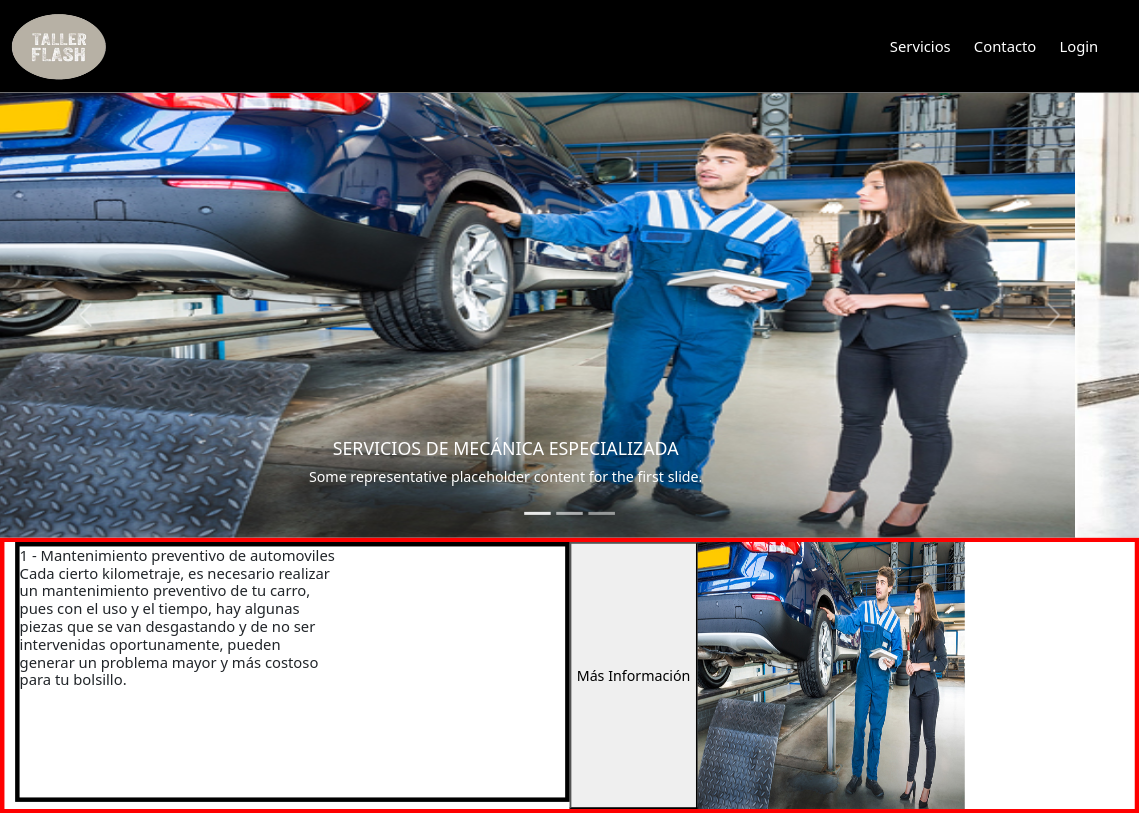
Repository: nder1996/Boostrap.Taller.Arquitectura
Page: Index.html
The author's editor kept a copy of each file at every save. The page is drawn from the files as they stood at one save, then again after a run of saves.
The browser window is 1280 px wide. The pictures show the whole page, at 89% of full size.

Above is the page before, as saved 2021-07-23 06:11:28.

### Index.html
<!DOCTYPE html>
<html lang="en">

<head>
	<meta charset="UTF-8">
	<meta name="viewport" content="width=device-width, initial-scale=1.0">
	<link rel="shortcut icon" href="img/Logo.png">
	<link href="https://cdn.jsdelivr.net/npm/bootstrap@5.0.2/dist/css/bootstrap.min.css" rel="stylesheet"
		integrity="sha384-EVSTQN3/azprG1Anm3QDgpJLIm9Nao0Yz1ztcQTwFspd3yD65VohhpuuCOmLASjC" crossorigin="anonymous">
	<link rel="stylesheet" href="https://cdnjs.cloudflare.com/ajax/libs/font-awesome/5.15.3/css/all.min.css"
		integrity="sha512-iBBXm8fW90+nuLcSKlbmrPcLa0OT92xO1BIsZ+ywDWZCvqsWgccV3gFoRBv0z+8dLJgyAHIhR35VZc2oM/gI1w=="
		crossorigin="anonymous" referrerpolicy="no-referrer" />
	<link rel="stylesheet" href="css/style.css">
	<title>Taller Automotriz</title>
</head>

<body>

	<nav class="navbar navbar-expand-lg navbar-light">
		<div class="container-fluid">
			<a class="navbar-brand" href="#"><img src="img/Logo.png" alt="" style='width: 110px; height: 78px;'></a>
			<button class="navbar-toggler" type="button" data-bs-toggle="collapse" data-bs-target="#navbarNav"
				aria-controls="navbarNav" aria-expanded="false" aria-label="Toggle navigation">
				<span class="navbar-toggler-icon"></span>
			</button>
			<div class="collapse navbar-collapse" id="navbarNav">
				<ul class="navbar-nav ms-auto">
					<li class="nav-item">
						<a class="nav-link active" aria-current="page" href="#">Servicios</a>
					</li>
					<li class="nav-item">
						<a class="nav-link" href="#">Contacto</a>
					</li>
					<li class="nav-item">
						<a class="nav-link" href="#">Login</a>
					</li>
				</ul>
			</div>
		</div>
	</nav>
	<div id="carouselExampleCaptions" class="carousel slide" data-bs-ride="carousel">
		<div class="carousel-indicators">
		  <button type="button" data-bs-target="#carouselExampleCaptions" data-bs-slide-to="0" class="active" aria-current="true" aria-label="Slide 1"></button>
		  <button type="button" data-bs-target="#carouselExampleCaptions" data-bs-slide-to="1" aria-label="Slide 2"></button>
		  <button type="button" data-bs-target="#carouselExampleCaptions" data-bs-slide-to="2" aria-label="Slide 3"></button>
		</div>
		<div class="carousel-inner">
		  <div class="carousel-item active">
			<img src="img/Mantenimiento_1.jpg" class="d-block w-100" alt="...">
			<div class="carousel-caption d-none d-md-block">
			  <h5>SERVICIOS DE MECÁNICA
				ESPECIALIZADA</h5>
			  <p>Some representative placeholder content for the first slide.</p>
			</div>
		  </div>
		  <div class="carousel-item">
			<img src="img/Mantenimiento_3.png" class="d-block w-100" alt="...">
			<div class="carousel-caption d-none d-md-block">
			  <h5>SERVICIOS DE MECÁNICA
				ESPECIALIZADA</h5>
			  <p>Some representative placeholder content for the second slide.</p>
			</div>
		  </div>
		  <div class="carousel-item">
			<img src="img/Mantenimiento_2.png" class="d-block w-100" alt="...">
			<div class="carousel-caption d-none d-md-block">
			  <h5>Third slide label</h5>
			  <p>Some representative placeholder content for the third slide.</p>
			</div>
		  </div>
		</div>
		<button class="carousel-control-prev" type="button" data-bs-target="#carouselExampleCaptions" data-bs-slide="prev">
		  <span class="carousel-control-prev-icon" aria-hidden="true"></span>
		  <span class="visually-hidden">Previous</span>
		</button>
		<button class="carousel-control-next" type="button" data-bs-target="#carouselExampleCaptions" data-bs-slide="next">
		  <span class="carousel-control-next-icon" aria-hidden="true"></span>
		  <span class="visually-hidden">Next</span>
		</button>
	  </div>


	<div class="Servicios container-fluid">

		<div>
			<h1>1 - Mantenimiento preventivo de automoviles
            <p>
                Cada cierto kilometraje, es necesario realizar un mantenimiento preventivo de tu carro, pues con el uso
                y el tiempo, hay algunas piezas que se van desgastando y de no ser intervenidas oportunamente, pueden
                generar un problema mayor y más costoso para tu bolsillo.
            </p>
		</h1>
		<br>

            <button>Más Información</button>
			<img src="img/Mantenimiento_1.jpg" alt="" width="300px" height="300px">
		</div>
		<!--
		<div><img src="img/Mantenimiento_2.png" alt="" width="300px" height="300px"></div>
		<div><img src="img/Mantenimiento_3.png" alt="" width="300px" height="300px"></div>
		<div><img src="img/Mantenimiento_4.png" alt="" width="300px" height="300px"></div>
		-->
	</div>










	<script src="https://cdn.jsdelivr.net/npm/bootstrap@5.0.2/dist/js/bootstrap.bundle.min.js"
		integrity="sha384-MrcW6ZMFYlzcLA8Nl+NtUVF0sA7MsXsP1UyJoMp4YLEuNSfAP+JcXn/tWtIaxVXM" crossorigin="anonymous">
	</script>
	<script src="https://cdnjs.cloudflare.com/ajax/libs/jquery/3.6.0/jquery.min.js"
		integrity="sha512-894YE6QWD5I59HgZOGReFYm4dnWc1Qt5NtvYSaNcOP+u1T9qYdvdihz0PPSiiqn/+/3e7Jo4EaG7TubfWGUrMQ=="
		crossorigin="anonymous" referrerpolicy="no-referrer"></script>
</body>

</html>

### css/style.css
nav{
    background-color: black !important;
}

nav li{
    position:relative;
    margin-left: 10px;
    left:-10%;
}

nav li a{
    color:white !important;
    font-size: 1.3vw;
}

.carousel-inner{
    position:relative;
    width: 100%;
    height: 500px;
}

.carousel-item img{
    position:relative;
    width: 100%;
    height: 500px;
}

.Servicios{
    position:relative;
    border:5px solid red;
    display:flex;
}

.Servicios div{
    display: flex;
    brder:
    width: 50%;
}

.Servicios div h1{
    position:relative;
    border:5px solid black;
    font-size: 1.3vw;
    width: 50%;
}

.Servicios div p{
    position:relative;
    width: 57%;
}

After the next 2 saves:
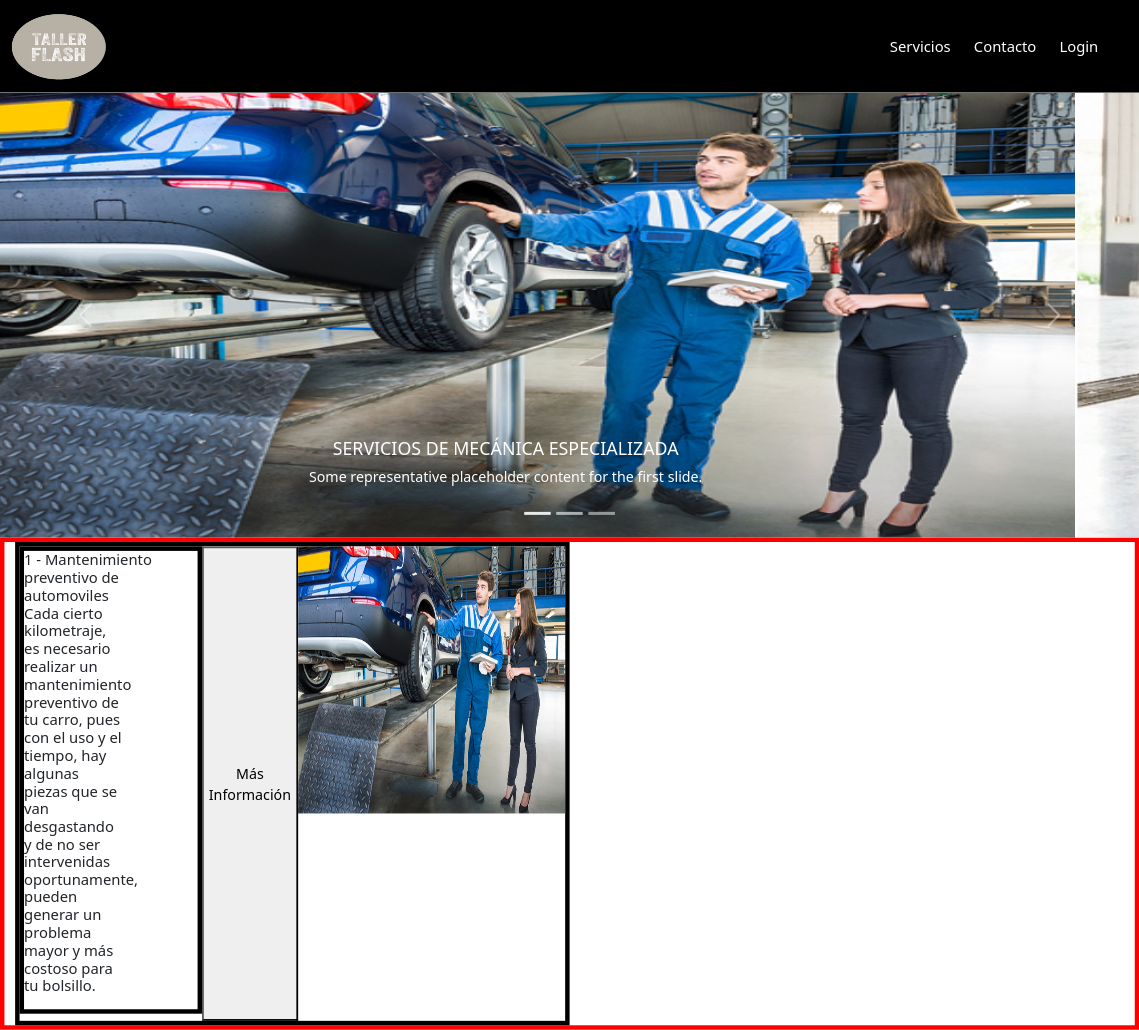
The 2 saves are shown as one change because they came seconds apart.
The last was saved 11 s later.
--- a/css/style.css
+++ b/css/style.css
@@ -33,7 +33,7 @@ nav li a{
 
 .Servicios div{
     display: flex;
-    brder:
+    border:5px solid black;
     width: 50%;
 }
 
